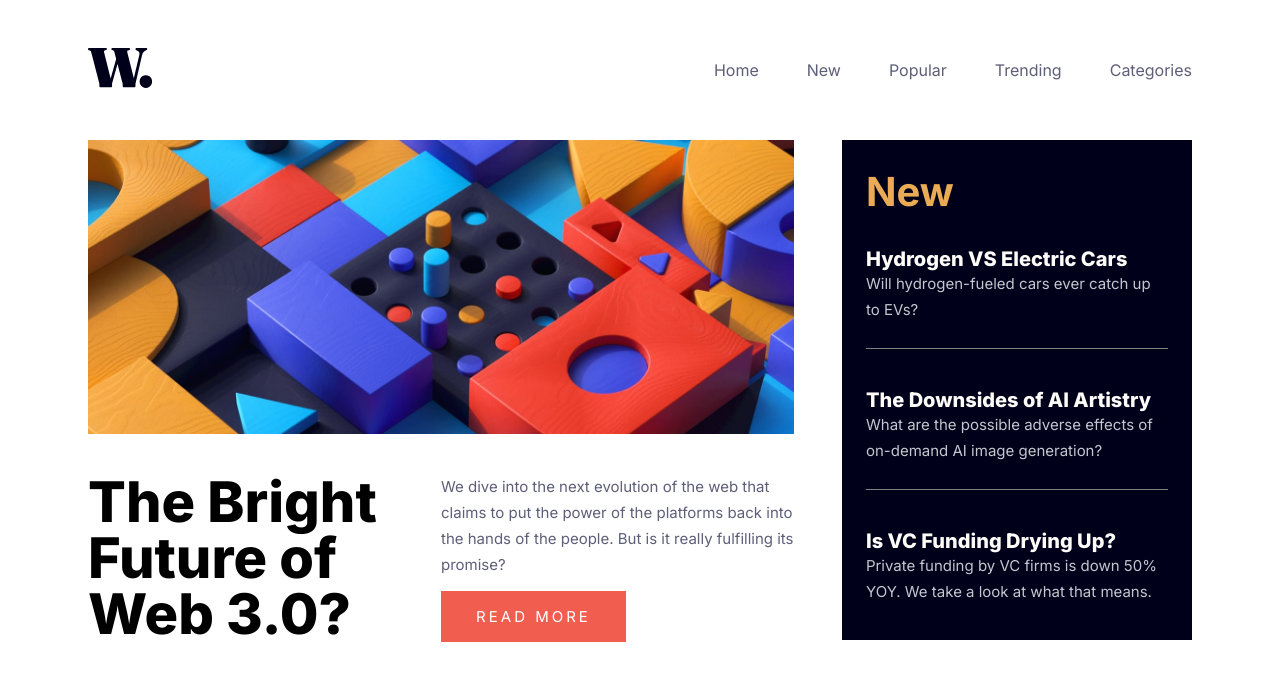
Repository: DevAntonioRogers/FrontendMentor-News-Homepage
Page: index.html
The author's editor kept a copy of each file at every save. The page is drawn from the files as they stood at one save, then again after the next save.
The browser window is 1280 px wide. The pictures show the whole page.

Above is the page before, as saved 2023-04-21 12:57:59.

### index.html
<!DOCTYPE html>
<html lang="en">
  <head>
    <meta charset="UTF-8" />
    <meta http-equiv="X-UA-Compatible" content="IE=edge" />
    <meta name="viewport" content="width=device-width, initial-scale=1.0" />
    <link rel="stylesheet" href="styles.css" />
    <title>Document</title>
  </head>
  <body>
    <nav>
      <div class="logo">
        <img src="./assets/logo.svg" alt="logo" />
      </div>
      <ul class="nav-menu">
        <li>Home</li>
        <li>New</li>
        <li>Popular</li>
        <li>Trending</li>
        <li>Categories</li>
      </ul>
      <div class="mobile-icons">
        <img src="./assets/icon-menu.svg" alt="" />
        <img src="./assets/icon-menu-close.svg" alt="" />
      </div>
    </nav>

    <section class="hero">
      <div class="left">
        <picture>
          <source srcset="assets/image-web-3-mobile.jpg" media="(max-width: 768px)" />
          <img src="assets/image-web-3-desktop.jpg" alt="banner" />
        </picture>
        <article class="hero-article">
          <div>
            <h1>The Bright Future of Web 3.0?</h1>
          </div>
          <div>
            <div>
              <p>
                We dive into the next evolution of the web that claims to put the power of the platforms back into the
                hands of the people. But is it really fulfilling its promise?
              </p>
            </div>
            <button>Read More</button>
          </div>
        </article>
      </div>

      <div class="right">
        <h1>New</h1>

        <div>
          <h3>Hydrogen VS Electric Cars</h3>
          <p>Will hydrogen-fueled cars ever catch up to EVs?</p>
        </div>

        <div>
          <h3>The Downsides of AI Artistry</h3>
          <p>What are the possible adverse effects of on-demand AI image generation?</p>
        </div>

        <div>
          <h3>Is VC Funding Drying Up?</h3>
          <p>Private funding by VC firms is down 50% YOY. We take a look at what that means.</p>
        </div>
      </div>
    </section>
  </body>
</html>

### styles.css
@import url('https://fonts.googleapis.com/css2?family=Inter:wght@400;700;800&display=swap');

*{
  box-sizing: border-box;
  margin: 0;
  padding: 0;
  font-family: 'Inter', sans-serif;
}

/* img{
  width: 100%;
  height: 100%;
} */

body{
  max-width: 1200px;
  margin: auto;
  padding: 3rem;
}

a{
  text-decoration: none;
}

li{
  list-style: none;
}

/* NAVBAR STYLES */

nav{
  display: flex;
  justify-content: space-between;
  align-items: center;
}

.nav-menu{
  display: flex;
  gap: 3rem;
}

.nav-menu{
  color: hsl(236, 13%, 42%);
}

.mobile-icons{
  display: none;
}

/* HERO STYLES */

.hero{
  display: flex;
  justify-content: center;
  gap: 3rem;
  margin-top: 3rem;
  max-height: 500px;
}

.left{
  display: flex;
  flex-direction: column;
}

.left img{
  max-width: 100%;
  height: 100%;
}

.hero-article{
  display: flex;
  margin-top: 2.5rem;
}

.hero-article h1{
  font-weight: 800;
  font-size: 56px;
  line-height: 56px;
}

.hero-article div{
  display: flex;
  flex-direction: column;
  justify-content: space-between;
  flex: 1;
}

.hero-article button{
  color: white;
  background-color: hsl(5, 85%, 63%);
  width: 185px;
  padding: 1rem;
  font-size: 15px;
  letter-spacing: 3px;
  text-transform: uppercase;
  border: none;
}

.hero-article p{
  font-weight: 400;
  font-size: 15px;
  line-height: 26px;
  color: hsl(236, 13%, 42%);

}











.right{
  background-color: hsl(240, 100%, 5%);
  color: white;
  padding: 2rem 1.5rem;
  display: flex;
  flex-direction: column;
  gap: 2rem;
  min-width: 350px;
}

.right h1{
  font-size: 40px;
  color: hsl(35, 77%, 62%);
  line-height: 40px;
  font-weight: 700;
}

.right h3 {
  font-weight: 800;
  font-size: 20px;
  line-height: 24px;
  color: hsl(36, 100%, 99%);
}

.right p{
  font-weight: 400;
  font-size: 15px;
  line-height: 26px;
  color: hsl(233, 8%, 79%);
}

.right div{
  margin: auto;
  border-bottom: solid 1px grey;
  padding-bottom: 25px;
}

.right div:nth-child(4){
  border: none;
  padding-bottom: 0;
}

After the next save:
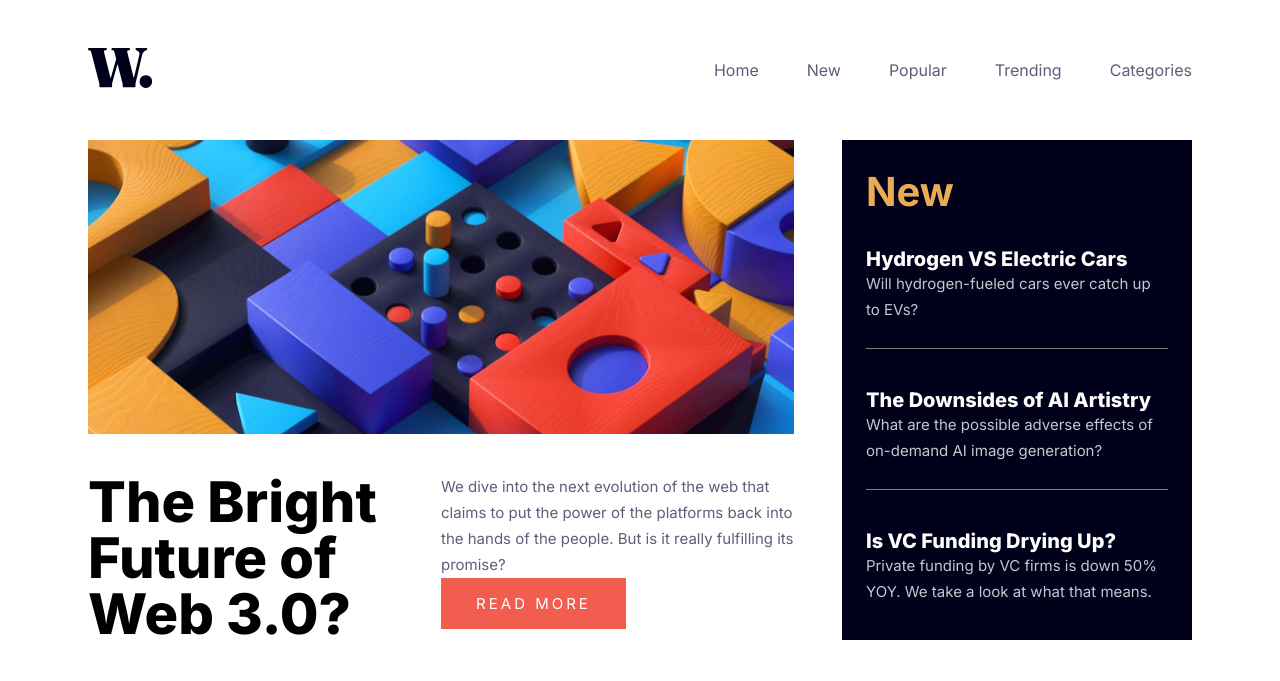
Saved 15 s later.
--- a/index.html
+++ b/index.html
@@ -42,7 +42,9 @@
                 hands of the people. But is it really fulfilling its promise?
               </p>
             </div>
-            <button>Read More</button>
+            <div>
+              <button>Read More</button>
+            </div>
           </div>
         </article>
       </div>
